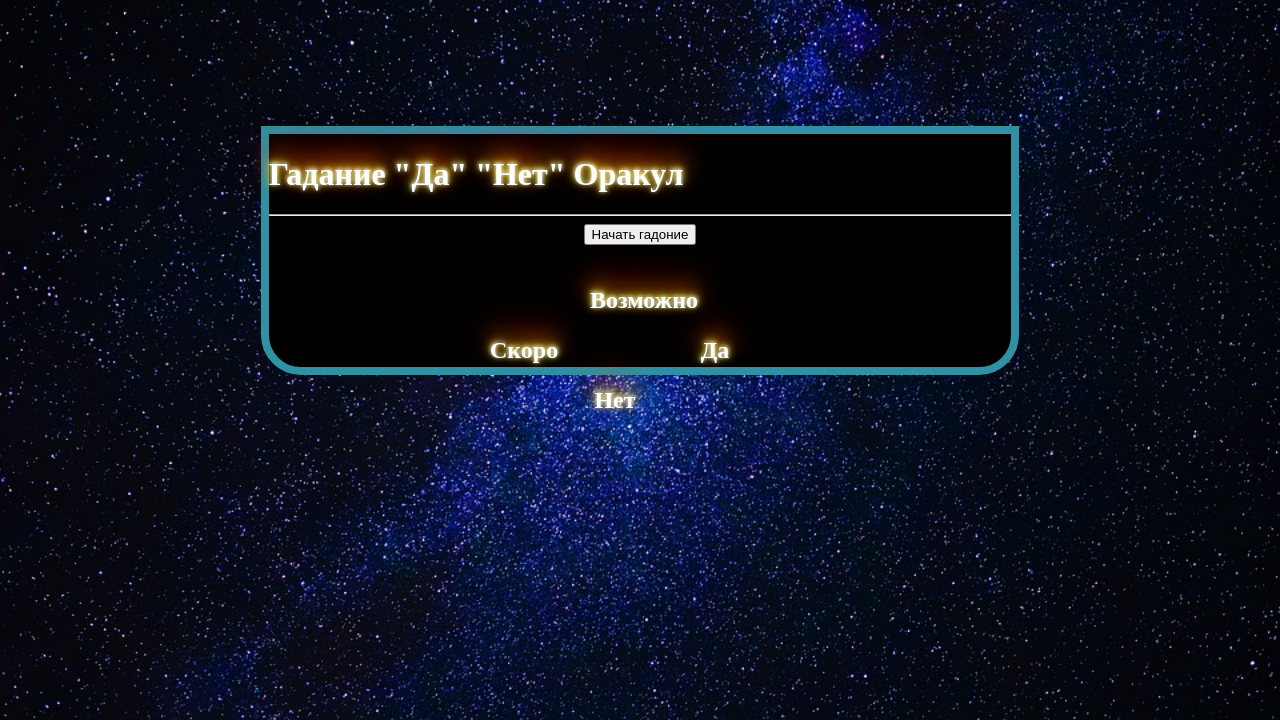
Repository: vadhub/JSP-Service
Page: http://localhost/JSPage/
These files come from the project's save history. The page is drawn as it stood at one moment and after the next save; the edit follows.
The browser window is 1280 px wide. The pictures show the whole page.
The page is served by Tomcat 9. Other server files are loaded and not shown.

Above is the page before, as saved 2019-07-25 12:22:34.

### JSPage/WebContent/index.jsp
<%@page import="java.io.PrintWriter"%>
<%@ page language="java" contentType="text/html; charset=UTF-8" pageEncoding="UTF-8"%>
<!DOCTYPE html>
<html>
<head>
<meta charset="UTF-8">
<title>Service</title>

<link rel="stylesheet" href="${pageContext.request.contextPath}/styles.css">
<script type="text/javascript" src="${pageContext.request.contextPath}/scripts.js"></script>

</head>
<body>
<div class=cont>
<h1>Гадание "Дa" "Нет"     Оракул</h1>

<hr/>
<%!String answers[] = {"Да", "Нет", "Возможно", "Скоро"}; %>
<%!int i = (int) (Math.random()*4); %>


<center>
 <form method="post">

 </form>

 <input id ="stt" type="button" onclick = "anima_start()" name="button1" value="Начать гадоние"/>

<div>
 	<div class="loader" id="anima">
 	<span id ="s1"><h2>Да</h2></span>
  	<span id ="s2"><h2>Нет</h2></span>
  	<span id ="s2"><h2>Возможно</h2></span>
  	<span id ="s3"><h2>Скоро</h2></span>

  	<h1 class = "fol"><%if(request.getParameter("button1") != null){ %>
		<%= answers[i]%>
		<%}%>
	</h1>
	</div>
</div>
<center/>

</div>
</body>
</html>

### JSPage/WebContent/styles.css
h1{

	color: #FFFFFF;
	background: #000;
	text-shadow: 0 -1px 4px #FFF, 0 -2px 10px #ff0, 0 -10px 20px #ff8000, 0 -18px 40px #F00;
}


div.cont{
	margin-top:10%;
	margin-bottom:-5%;
	margin-left:20%;
	margin-right:20%;
	border: 8px solid #2E91A4;
	border-radius: 0px 0px 40px 40px;
	background: #000;
}
@keyframes span-1 {
  0% {transform:translate(100px);}
  50% {transform:translate(50px);}
  100%{transform:translate(0);}
  from { opacity: 1; }
    to { opacity: 0; }
  }
@keyframes span-2 {
   0% {transform:translate(0px, 50px);}
  50% {transform:translate(0, 20px);}
  100%{transform:translate(0);}
  from { opacity: 1; }
    to { opacity: 0; }
  }
@keyframes span-3 {
   0% {transform:translate(0px, -50px);}
  50% {transform:translate(0, -20px);}
  100%{transform:translate(0);}
  from { opacity: 1; }
    to { opacity: 0; }
  }
@keyframes span-4 {
  0% {transform:translate(-100px);}
  50% {transform:translate(-50px);}
  100%{transform:translate(0);}
  from { opacity: 1; }
    to { opacity: 0; }
  }

  @keyframes  h1-2{

  from { opacity: 0; }
    to { opacity: 1; }

  }

.loader {
  width: 100px;
  height: 100px;
  position: relative;
  animation: loader 2s infinite ease-in-out;
  color: #FFFFFF;
  text-shadow: 0 -1px 4px #FFF, 0 -2px 10px #ff0, 0 -10px 20px #ff8000, 0 -18px 40px #F00;

}

.loader span {
  width: 50px;
  height: 50px;
  position: absolute;
  padding-top: 50px;
  left: 0;
  top: 0;

}

.fol {
 	animation: h1-2 5s ease-in-out;
 	animation-play-state: paused;
}
.loader span:nth-child(1) {
 	animation: span-1 5s ease-in-out;
 	opacity: 0;
 	animation-play-state: paused;
}
.loader span:nth-child(2) {
  animation: span-2 5s ease-in-out;
  opacity: 0;
  animation-play-state: paused;
}
.loader span:nth-child(3) {
  animation: span-3 5s ease-in-out;
  opacity: 0;
  animation-play-state: paused;
}
.loader span:nth-child(4) {
  animation: span-4 5s ease-in-out;
  opacity: 0;
  animation-play-state: paused;
  }

body{
	background: url(0.jpg) no-repeat;
    -moz-background-size: 100%; /* Firefox 3.6+ */
    -webkit-background-size: 100%; /* Safari 3.1+ è Chrome 4.0+ */
    -o-background-size: 100%; /* Opera 9.6+ */
    background-size: 100%; /* Ñîâðåìåííûå áðàóçåðû *
}

### JSPage/WebContent/scripts.js

function anima_start(){

	document.getElementById('s1').style.animationPlayState = "running";
	document.getElementById('s2').style.animationPlayState = "running";
	document.getElementById('s3').style.animationPlayState = "running";
	document.getElementById('s4').style.animationPlayState = "running";

  }

After the next save:
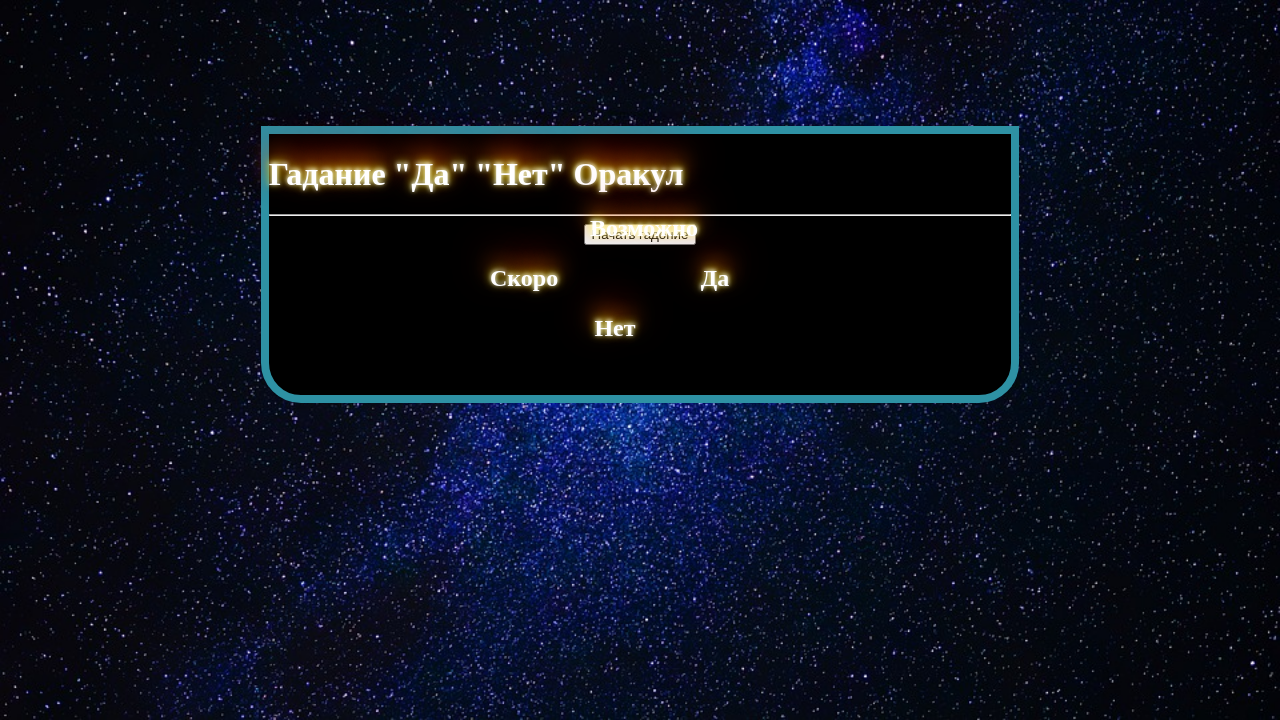
Saved 30 s later.
--- a/JSPage/WebContent/styles.css
+++ b/JSPage/WebContent/styles.css
@@ -55,6 +55,7 @@ div.cont{
   width: 100px;
   height: 100px;
   position: relative;
+  padding-top: 50px;
   animation: loader 2s infinite ease-in-out;
   color: #FFFFFF;
   text-shadow: 0 -1px 4px #FFF, 0 -2px 10px #ff0, 0 -10px 20px #ff8000, 0 -18px 40px #F00;
@@ -65,7 +66,6 @@ div.cont{
   width: 50px;
   height: 50px;
   position: absolute;
-  padding-top: 50px;
   left: 0;
   top: 0;
 
